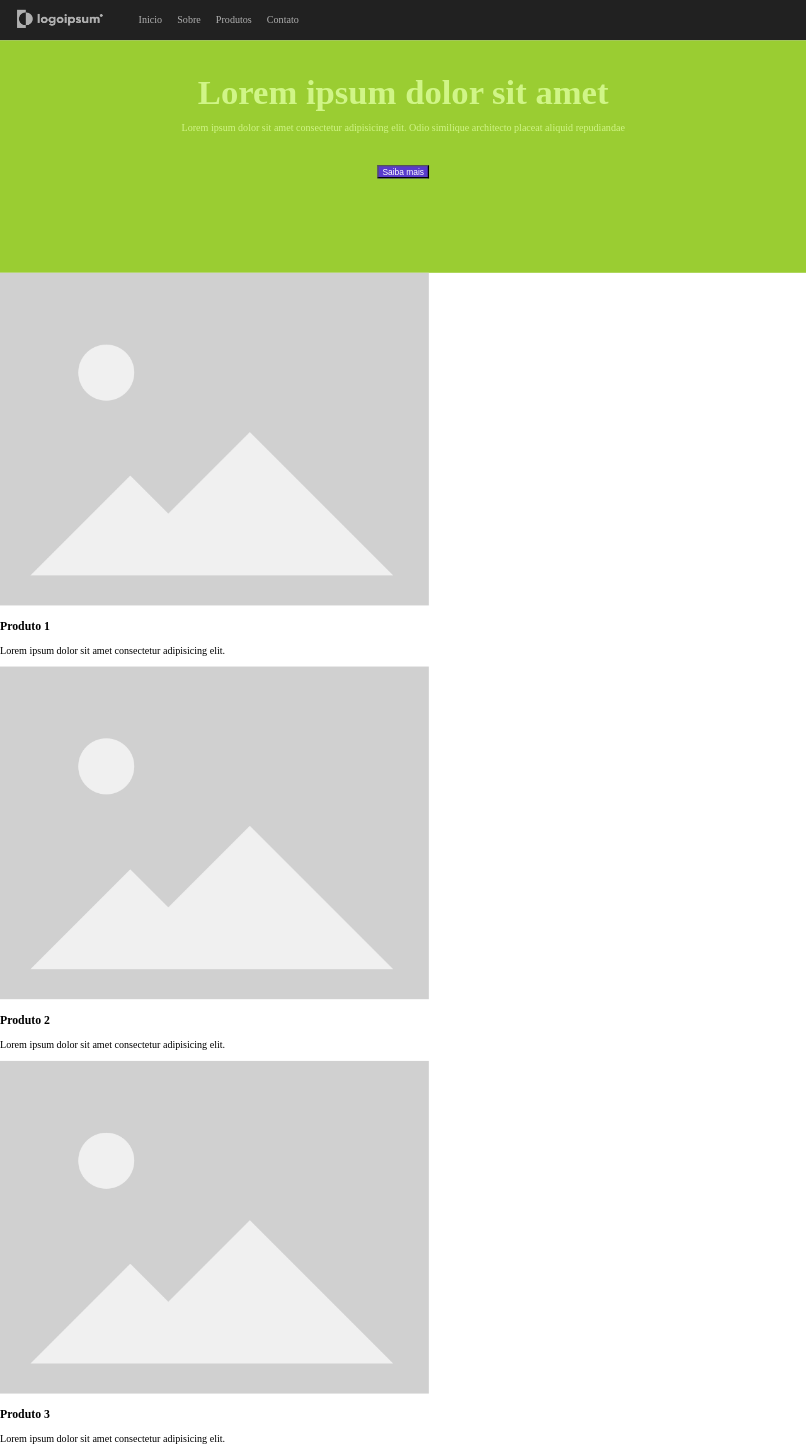
Repository: Carolden/SiteCrie_Ti
Page: index.html
The author's editor kept a copy of each file at every save. The page is drawn from the files as they stood at one save, then again after the next save.
The browser window is 1280 px wide. The pictures show the whole page, at 63% of full size.

Above is the page before, as saved 2023-04-23 20:50:03.

After the next save:
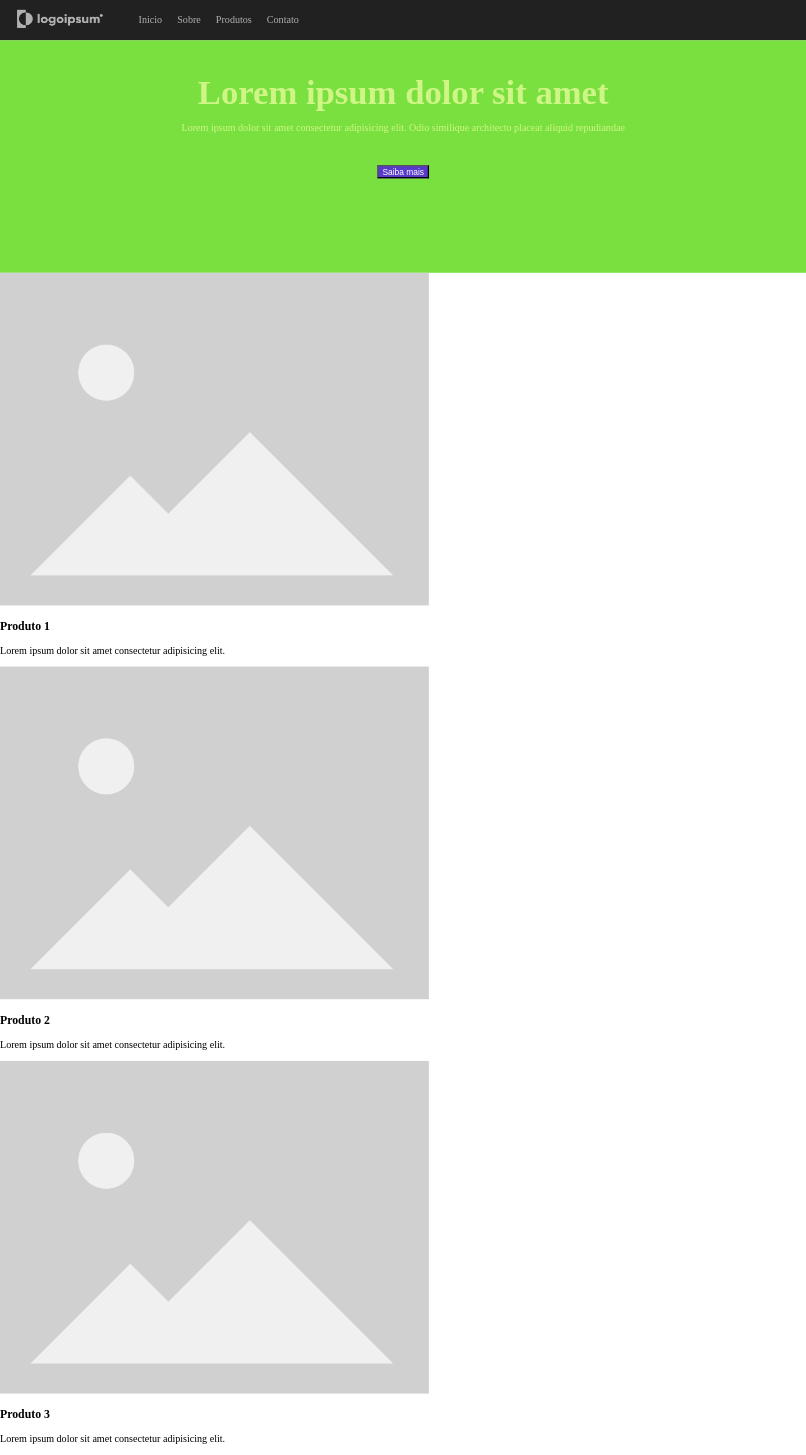
Saved 3 min 13 s later.
--- a/index.css
+++ b/index.css
@@ -30,7 +30,7 @@ header nav a {
 }
 
 .banner {
-    background-color: #9ACD32;
+    background-color: rgb(121, 224, 63);
     color: #d0f587;
     text-align: center;
     padding-top: 5px;
